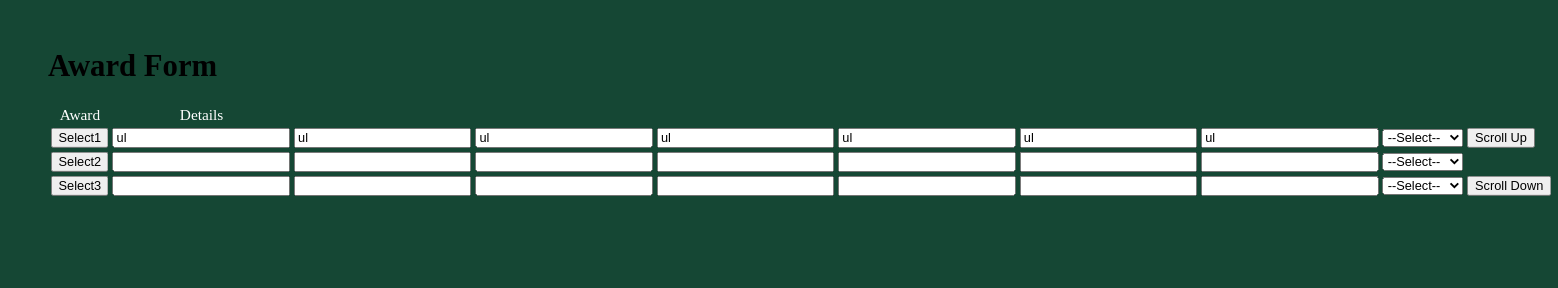
Repository: prajaktamore/Web-Based-Programming-3
Page: http://localhost/BinaryCalculator/Waiting.jsp
An editor plug-in stored every save of this project. The page is shown before and after the next save, followed by the edit.
The browser window is 1280 px wide. The page is 1623 px wide, then 1616 px, so the pictures cover 1623 px, including what lies to the right of the window. The pictures show the whole page, at 96% of full size.
The page is served by Tomcat 9.

Above is the page before, as saved 2014-05-04 09:31:05.

After the next save:
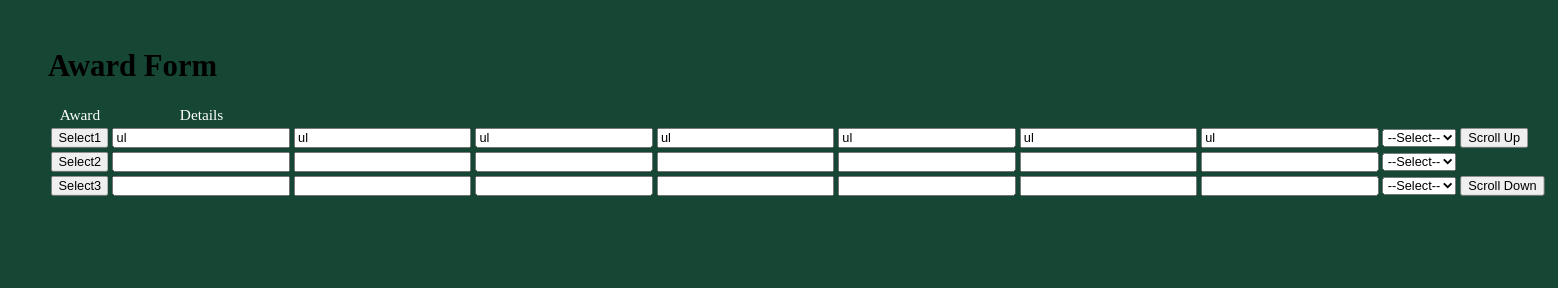
Saved 2 min 21 s later.
--- a/BinaryCalculator/WebContent/Waiting.jsp
+++ b/BinaryCalculator/WebContent/Waiting.jsp
@@ -385,8 +385,8 @@ function scrollUp()
 						<td>
 	 					    <select name="approve1" id="approve1">
 						        <OPTION  value="-1" label="--Select--" selected="selected">
-						        <option value="ACTIVE">ACTIVE</option>
-						        <option value="INACTIVE">INACTIVE</option>
+						        <option value="Approve">Approve</option>
+						        <option value="Delete">Delete</option>
 						     </select>
 					    </td>
 						<td><input type="button" name="up" value="Scroll Up" onClick="scrollUp()"></td>
@@ -404,8 +404,8 @@ function scrollUp()
 						<td>
 	 					    <select name="approve2" id="approve2">
 						        <OPTION  value="-1" label="--Select--" selected="selected">
-						        <option value="ACTIVE">ACTIVE</option>
-						        <option value="INACTIVE">INACTIVE</option>
+						         <option value="Approve">Approve</option>
+						        <option value="Delete">Delete</option>
 						     </select>
 					    </td>
 						<td><input id="pos2" type="hidden" readonly></td>
@@ -422,8 +422,8 @@ function scrollUp()
 						<td>
 	 					    <select name="approve3" id="approve3">
 						        <OPTION  value="-1" label="--Select--" selected="selected">
-						        <option value="ACTIVE">ACTIVE</option>
-						        <option value="INACTIVE">INACTIVE</option>
+						         <option value="Approve">Approve</option>
+						        <option value="Delete">Delete</option>
 						     </select>
 					    </td>
 						<td><input type="button" name="down" value="Scroll Down" onClick="scrollDown()"></td>
